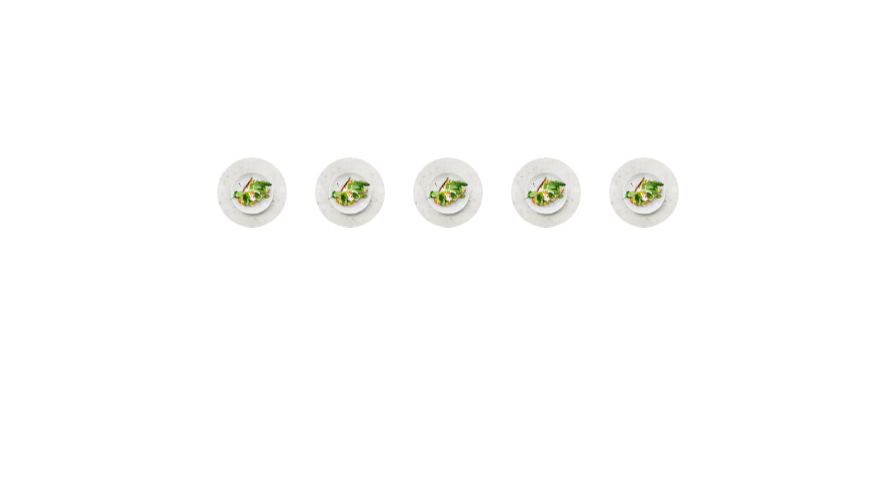
Repository: nambui98/slider
Page: /
An editor plug-in stored every save of this project. The page is shown before and after the next save, followed by the edit.
The browser window is 1280 px wide. The pictures show the part of the page from y = 0 to 1920 px (the page is 720 px tall before and 5910 px after), at 70% of full size.
The project was rebuilt for these pictures with package versions that can differ from the ones it lists, and the page was loaded fresh each time. Also part of the build but not shown: vite.config.ts.

Above is the page before, as saved 2022-04-12 11:41:02.

### src/App.tsx
import { useState } from 'react'
import Horizolsider from './components/horizolslider/Horizolsider'
import logo from './logo.svg'
import './App.css'
import "slick-carousel/slick/slick.css";
import "slick-carousel/slick/slick-theme.css";
import image1 from './assets/images/pexels-daria-shevtsova-1095550.jpg'
import styled from 'styled-components';

function App() {
  const [count, setCount] = useState(0)
  const Item = styled.div`
    /* height: 150px; */
    margin-top: 50px;
    transition: all .3s;
    position: relative;
    img{
        object-fit: cover;
        margin: 0 auto;
        /* width: 100px;
        height: 100px; */
        width: 100px;
        height: 100px;
        border-radius: 50%;
        transition: all .3s;
    }
    /* .info{
        position: absolute;
    } */
    &.active{
        /* width: 150px;
        height: 100px; */
        /* height: 200px; */
        margin-top: 30px;
        img{

            /* width: 100%; */
            transform: scale(1.4)
        }
        .info{
            visibility: visible;
            transform: translateY(0px);
        }
    }
    &.near{
        /* width: 150px;
        height: 100px; */
        /* height: 200px; */
        margin-top: 40px;
        img{

            /* width: 100%; */
            transform: scale(1.15)
        }


    }
`
  return (
    <div className="App">
      <Horizolsider>
        {

          [...Array(10).keys()].map((i, index) => <Item>
            <img src={image1} alt="" />

            <div className={`info `}>info
            </div>
          </Item>
          )
        }
      </Horizolsider>
    </div>
  )
}

export default App

### src/components/horizolslider/Horizolsider.tsx
import React, { useEffect, useRef, useState } from 'react'
import styled from 'styled-components'
import Slider from "react-slick";
import image1 from '../../assets/images/pexels-daria-shevtsova-1095550.jpg'

type Props = {
    children: any
}

const Wrapper = styled.div`
    width: 700px;

`
const Item = styled.div`
    /* height: 150px; */
    margin-top: 50px;
    transition: all .3s;
    position: relative;
    img{
        object-fit: cover;
        margin: 0 auto;
        /* width: 100px;
        height: 100px; */
        width: 100px;
        height: 100px;
        border-radius: 50%;
        transition: all .3s;
    }
    /* .info{
        position: absolute;
    } */
    &.active{
        /* width: 150px;
        height: 100px; */
        /* height: 200px; */
        margin-top: 30px;
        img{

            /* width: 100%; */
            transform: scale(1.4)
        }
        .info{
            visibility: visible;
            transform: translateY(0px);
        }
    }
    &.near{
        /* width: 150px;
        height: 100px; */
        /* height: 200px; */
        margin-top: 40px;
        img{

            /* width: 100%; */
            transform: scale(1.15)
        }


    }
`
const Horizolsider = (props: Props) => {
    const [activeIndex, setActiveIndex] = useState<number>(0);
    const settings = {
        className: "listItem",
        dots: false,
        infinite: true,
        speed: 500,
        slidesToShow: 5,
        slidesToScroll: 1,
        centerMode: true,
        focusOnSelect: true,
        centerPadding: '0px',
        slide: "h1",
        // adaptiveHeight: true,
        beforeChange: (current: any, next: any) => {
            setActiveIndex(next)

        },
    };

    return (
        <div style={{ display: "flex", height: "100vh", flexDirection: "column", justifyContent: "center", alignItems: "center" }}>
            <Wrapper>
                <Slider {...settings}>
                    {
                        props.children
                    }
                </Slider>
            </Wrapper>
        </div>
    )
}
export default Horizolsider

### src/App.css
*{
  padding: 0;
  margin: 0;
  box-sizing: border-box;
}
.info{
  width: 200px;
  border: 2px solid #d5d5d5;
  border-radius: 10px;
  height: 200px;
  transition: transform 1000s;
  visibility: hidden;
  margin-top: 20px;
  margin-left: -30px;
  /* transform: translateY(20px); */

}
.info.active{
  visibility: visible;

}

Loaded but not shown: index.html (common file); src/main.tsx (common file); src/index.css (common file)

After the next save:
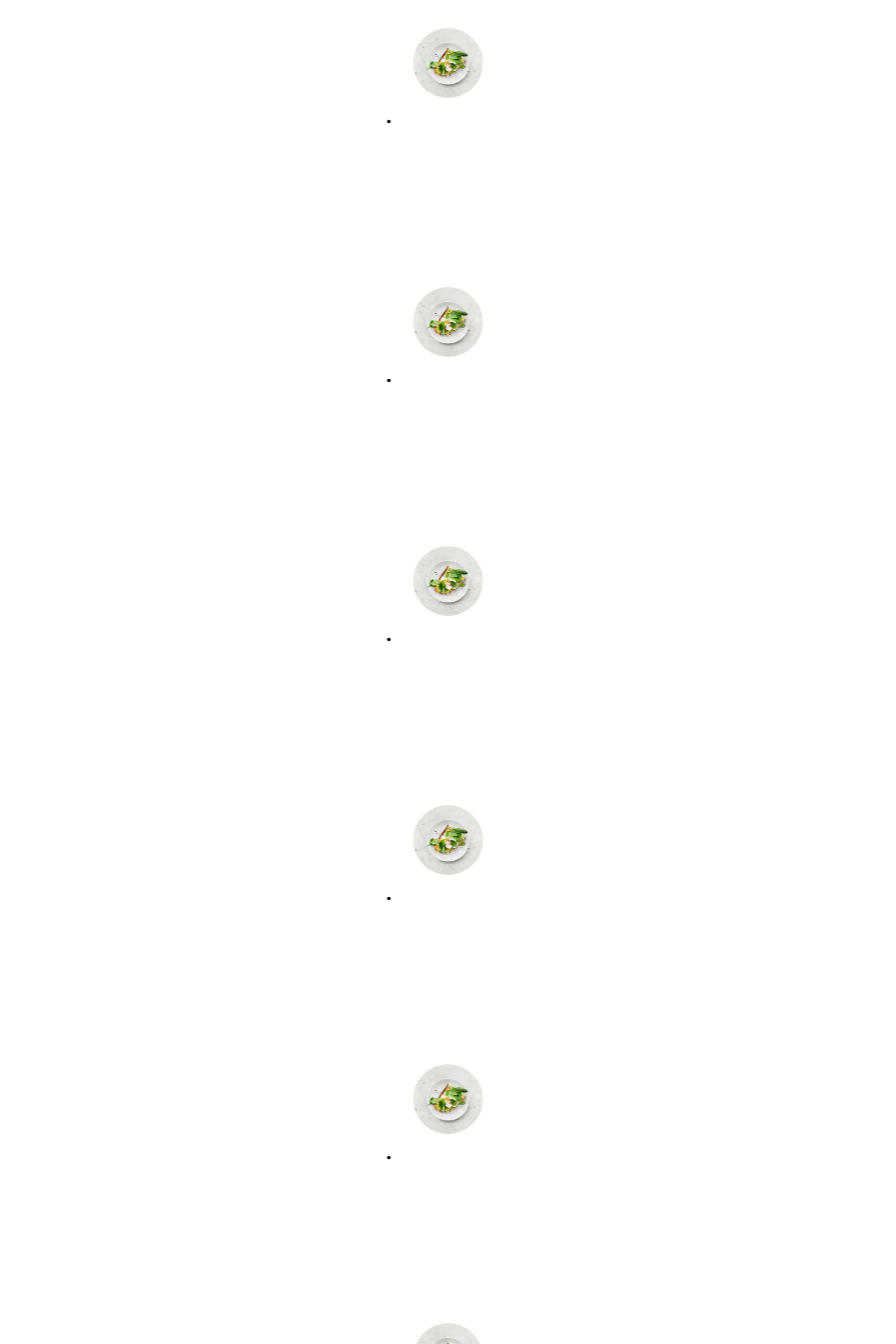
Saved 44 s later.
--- a/src/App.tsx
+++ b/src/App.tsx
@@ -59,16 +59,21 @@
   return (
     <div className="App">
       <Horizolsider>
-        {
+        <ul>
 
-          [...Array(10).keys()].map((i, index) => <Item>
-            <img src={image1} alt="" />
+          {
 
-            <div className={`info `}>info
-            </div>
-          </Item>
-          )
-        }
+            [...Array(10).keys()].map((i, index) => <li>
+              <Item>
+                <img src={image1} alt="" />
+
+                <div className={`info `}>info
+                </div>
+              </Item>
+            </li>
+            )
+          }
+        </ul>
       </Horizolsider>
     </div>
   )

After the save that followed:
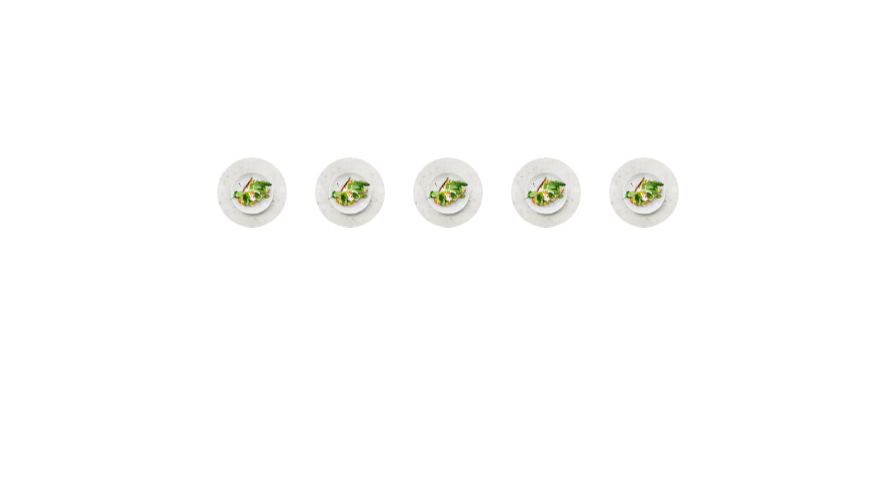
Saved 5 min 36 s later.
--- a/src/App.tsx
+++ b/src/App.tsx
@@ -58,8 +58,8 @@
 `
   return (
     <div className="App">
-      <Horizolsider>
-        <ul>
+      <ul>
+        <Horizolsider>
 
           {
 
@@ -73,8 +73,8 @@
             </li>
             )
           }
-        </ul>
-      </Horizolsider>
+        </Horizolsider>
+      </ul>
     </div>
   )
 }
